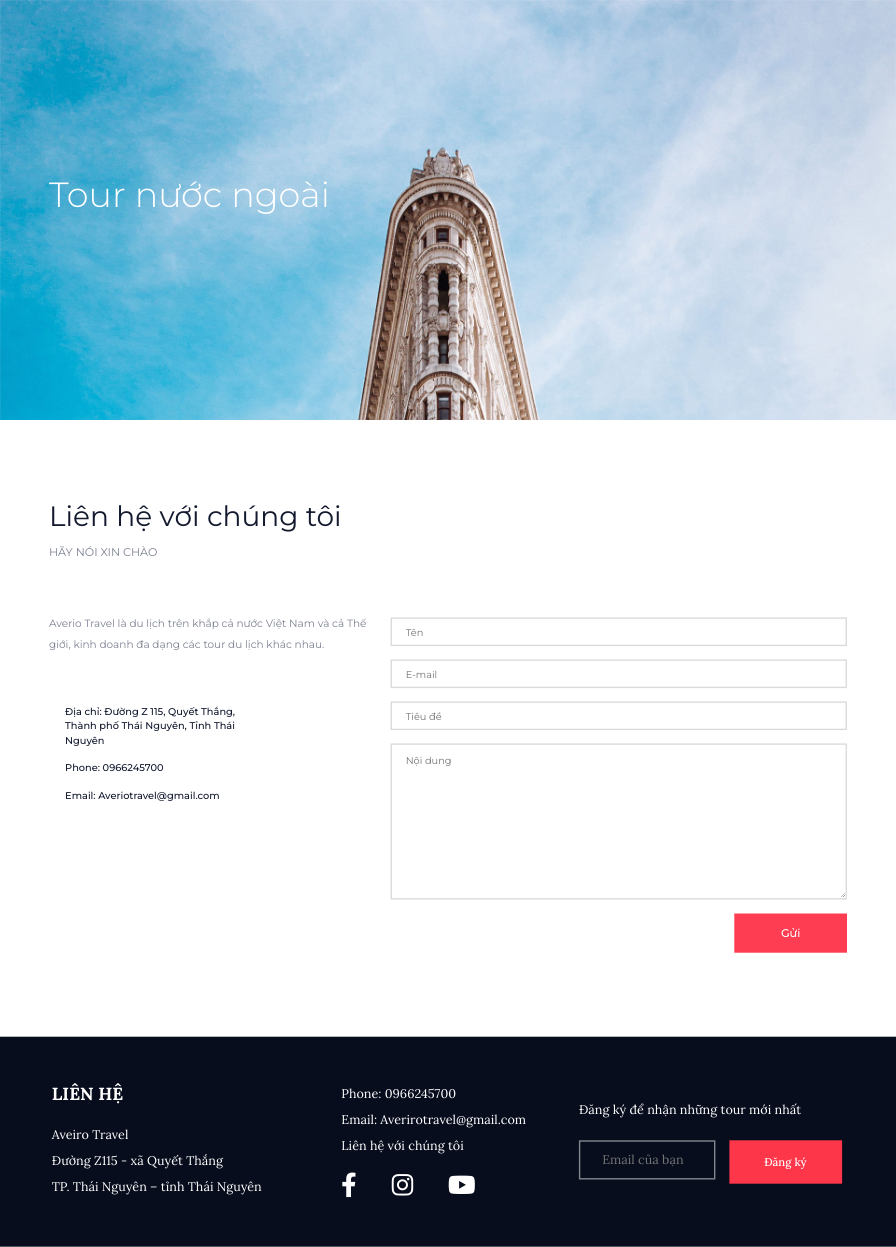
Repository: tuan842001/demotest
Page: /contact
The author's editor kept a copy of each file at every save. The page is drawn from the files as they stood at one save, then again after the next save.
The browser window is 1280 px wide. The pictures show the whole page, at 70% of full size.
The project was rebuilt for these pictures with package versions that can differ from the ones it lists, and the page was loaded fresh each time. Also part of the build but not shown: src/components/header/HeaderHome.jsx, src/components/top/top.css, src/components/post/post.css, src/components/post/Post.jsx, src/components/intourPost/intourPost.css, src/components/intourPost/IntourPost.jsx, src/components/posts/posts.css, src/components/posts/Posts.jsx and 20 more.

Above is the page before, as saved 2021-10-16 19:36:57.

After the next save:
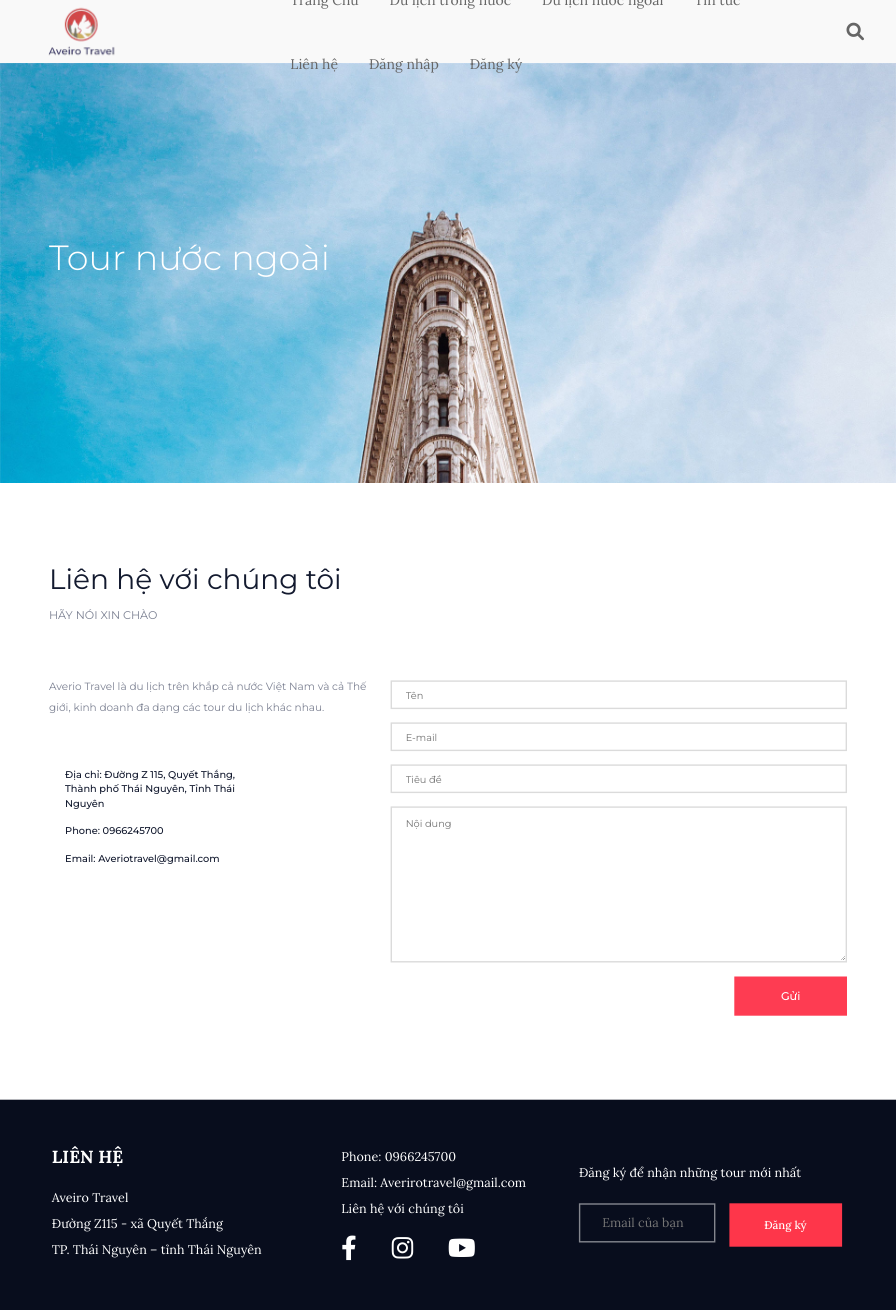
Saved 41 s later.
--- a/src/App.js
+++ b/src/App.js
@@ -20,7 +20,7 @@ function App() {
   const user = false;
   return (
     <Router>
-    {/* <TopBar /> */}
+    <TopBar />
       <Switch>
         <Route path="/register">
           <Register />
